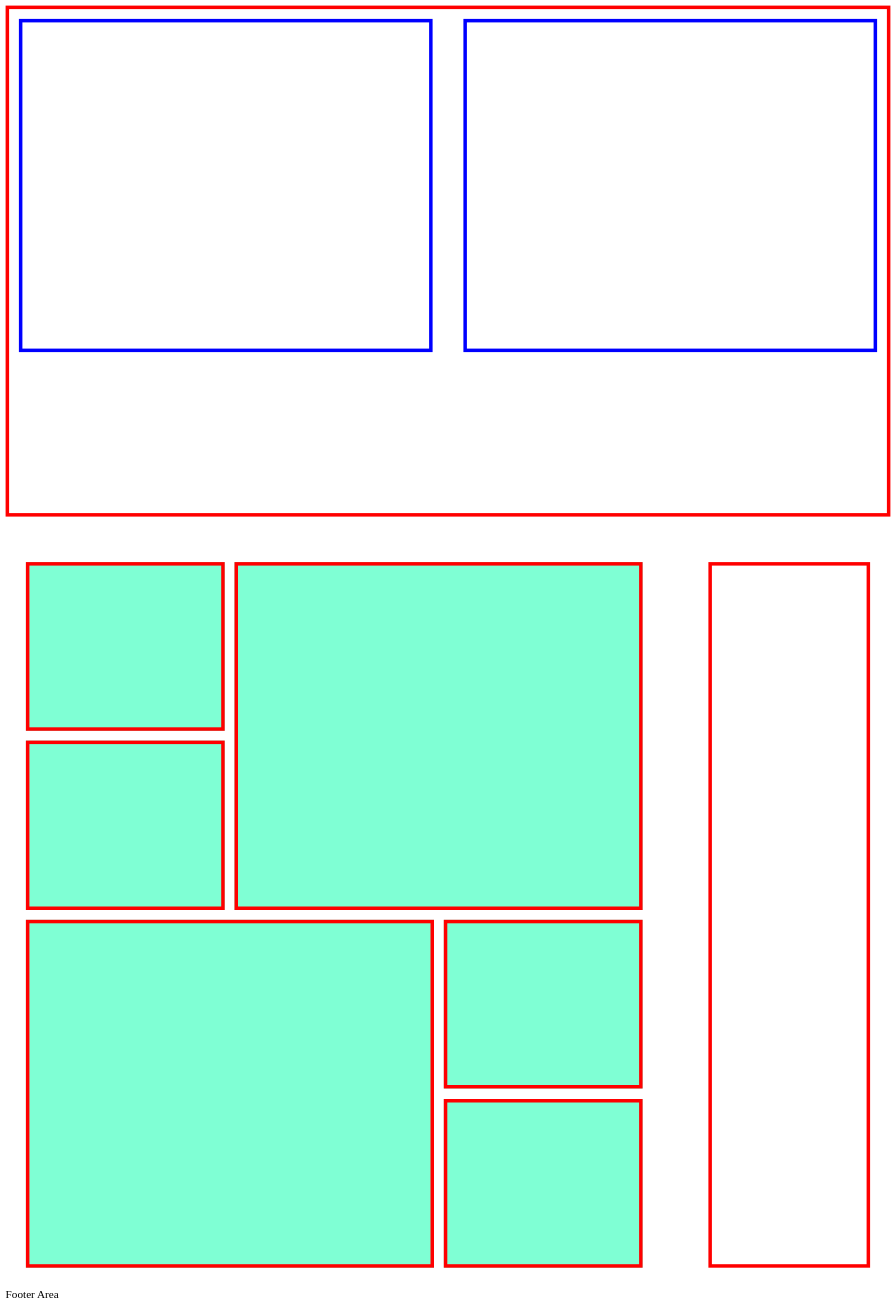
Repository: BwesewB/Brutalist-Website
Page: /
An editor plug-in stored every save of this project. The page is shown before and after the next save, followed by the edit.
The browser window is 1280 px wide. The pictures show the whole page, at 70% of full size.
The project was rebuilt for these pictures with package versions that can differ from the ones it lists, and the page was loaded fresh each time. The framework's server and built-in components were replaced by stand-ins that run in the browser. Also part of the build but not shown: next.config.mjs.

Above is the page before, as saved 2024-02-03 17:47:32.

After the next save:
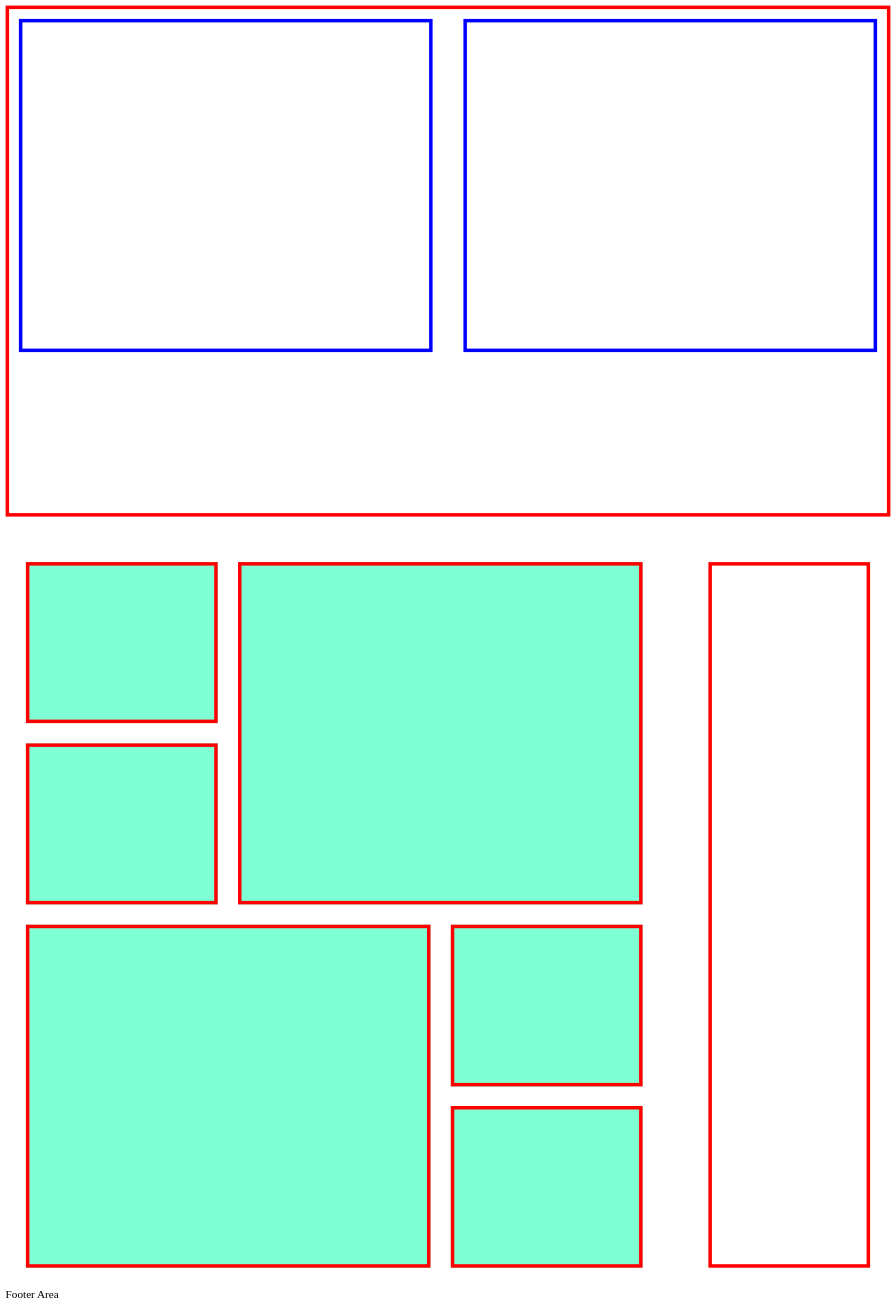
Saved 24 s later.
--- a/styles/Home.module.css
+++ b/styles/Home.module.css
@@ -57,7 +57,7 @@
   display: grid;
   grid-template-columns: repeat(3, 1fr);
   grid-template-rows: repeat(4, 1fr);
-  gap: 2vh;
+  gap: 4vh;
   height:140vh;
   padding: 4vh;
 }

After the save that followed:
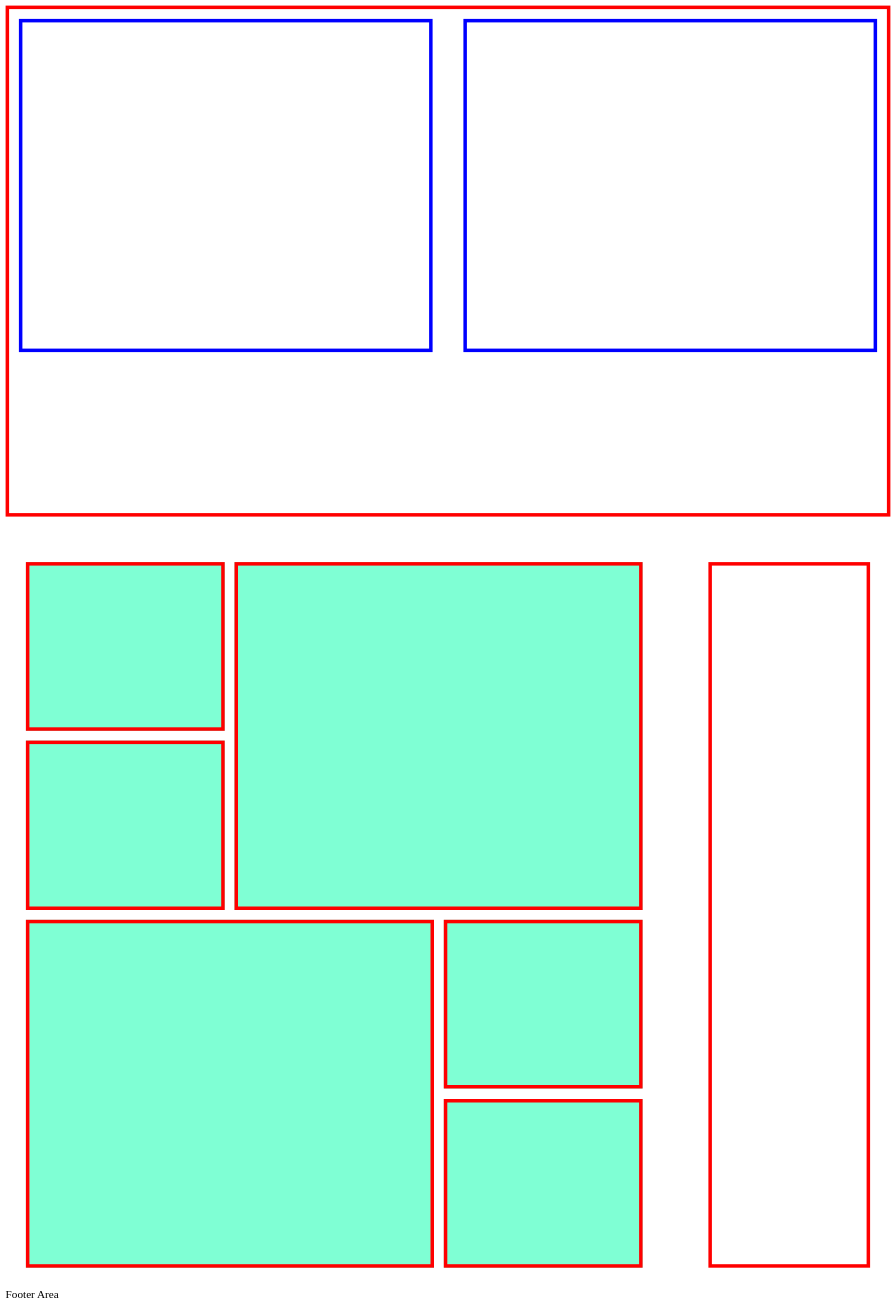
Saved 4 s later.
--- a/styles/Home.module.css
+++ b/styles/Home.module.css
@@ -57,7 +57,7 @@
   display: grid;
   grid-template-columns: repeat(3, 1fr);
   grid-template-rows: repeat(4, 1fr);
-  gap: 4vh;
+  gap: 2vh;
   height:140vh;
   padding: 4vh;
 }
